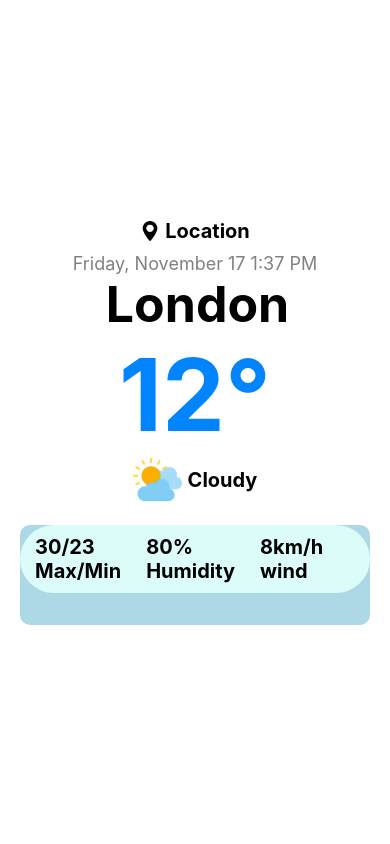
Repository: praveen080/react-native-weatherAppV1
Screen: /
These files come from the project's save history. The screen is drawn as it stood at one moment and after the next save; the edit follows.
The app was drawn by React Native's web renderer in a window 390 px wide. The project was rebuilt for these pictures with package versions that can differ from the ones it lists, and the page was loaded fresh each time. Also part of the build but not shown: Screens/startUp.js.

Above is the screen before, as saved 2023-11-17 14:16:23.

After the next save:
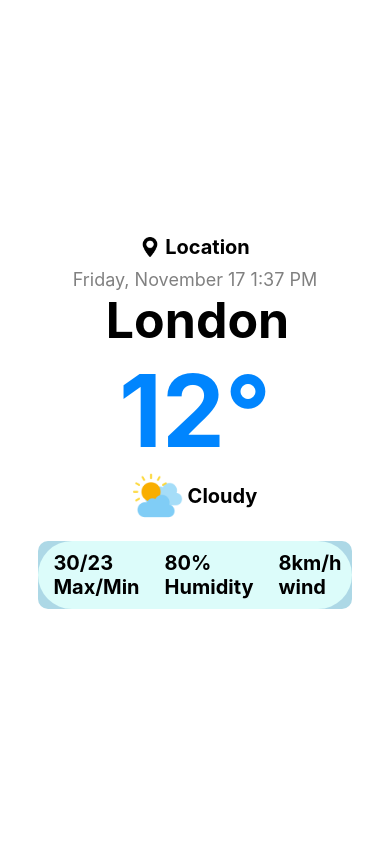
Saved 15 s later.
--- a/Screens/Home.js
+++ b/Screens/Home.js
@@ -123,8 +123,6 @@ export const styles = StyleSheet.create({
     margin: 10,
   },
   cardFull: {
-    width: 350,
-    height: 100,
     borderRadius: 10,
     backgroundColor: "lightblue",
     marginTop: 20,
